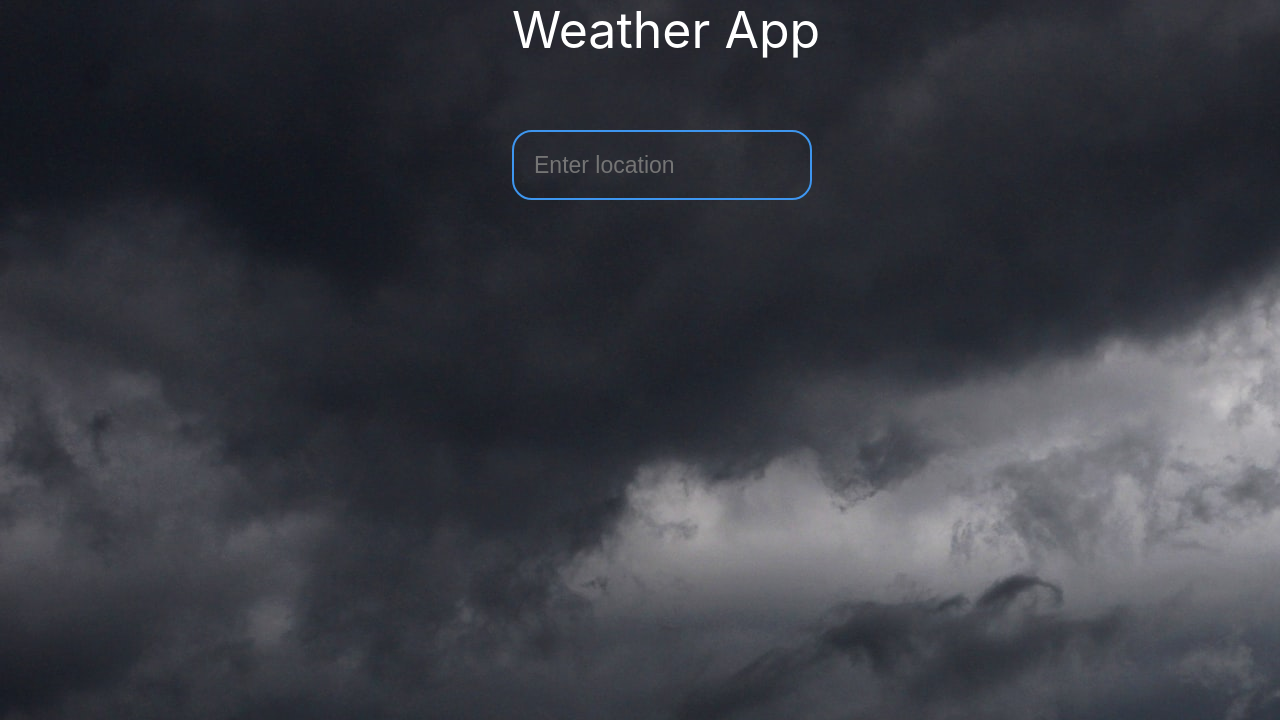
Repository: RenataDzotova/WeatherForecast
Page: /
An editor plug-in stored every save of this project. The page is shown before and after the next save, followed by the edit.
The browser window is 1280 px wide. The pictures show the whole page.
The project was rebuilt for these pictures with package versions that can differ from the ones it lists, and the page was loaded fresh each time. The framework's server and built-in components were replaced by stand-ins that run in the browser. Also part of the build but not shown: next.config.js, styles/Home.module.css.

Above is the page before, as saved 2023-01-19 16:27:38.

After the next save:
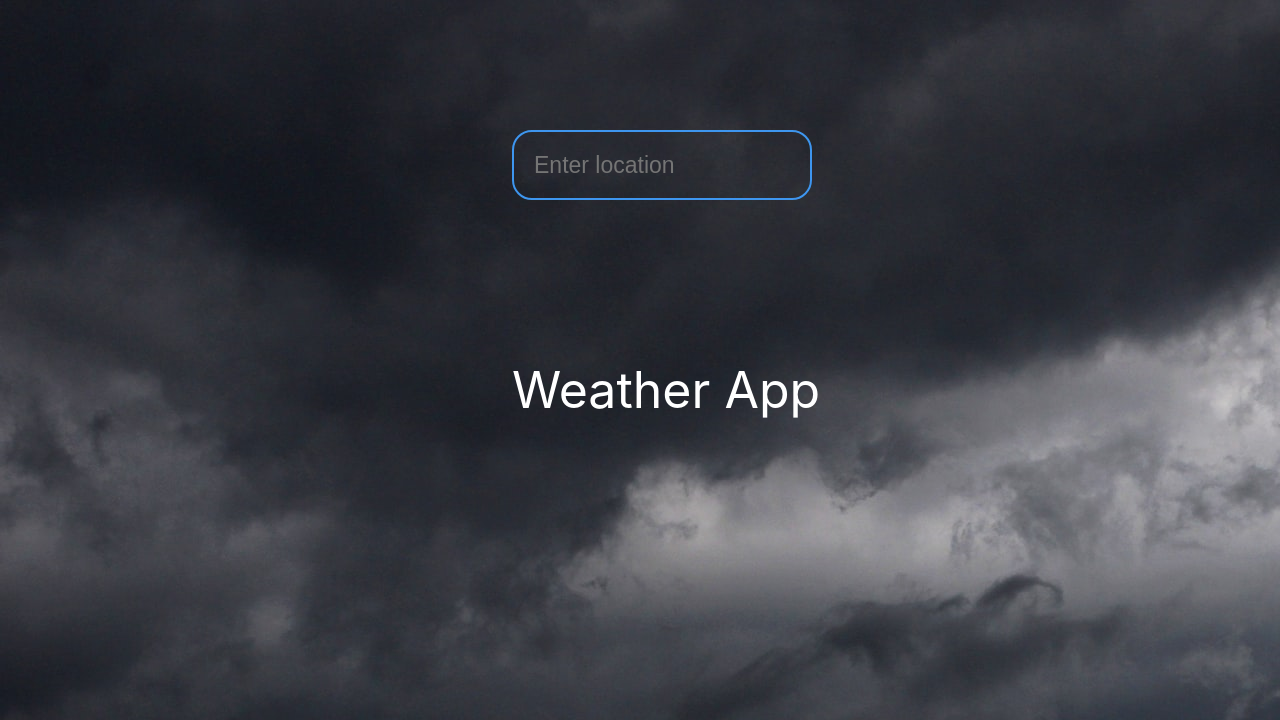
Saved 22 s later.
--- a/styles/globals.css
+++ b/styles/globals.css
@@ -19,6 +19,7 @@ body {
   background-color: transparent;
   position: absolute;
   left: 40%;
+  top: 50%;
 }
 
 a {
